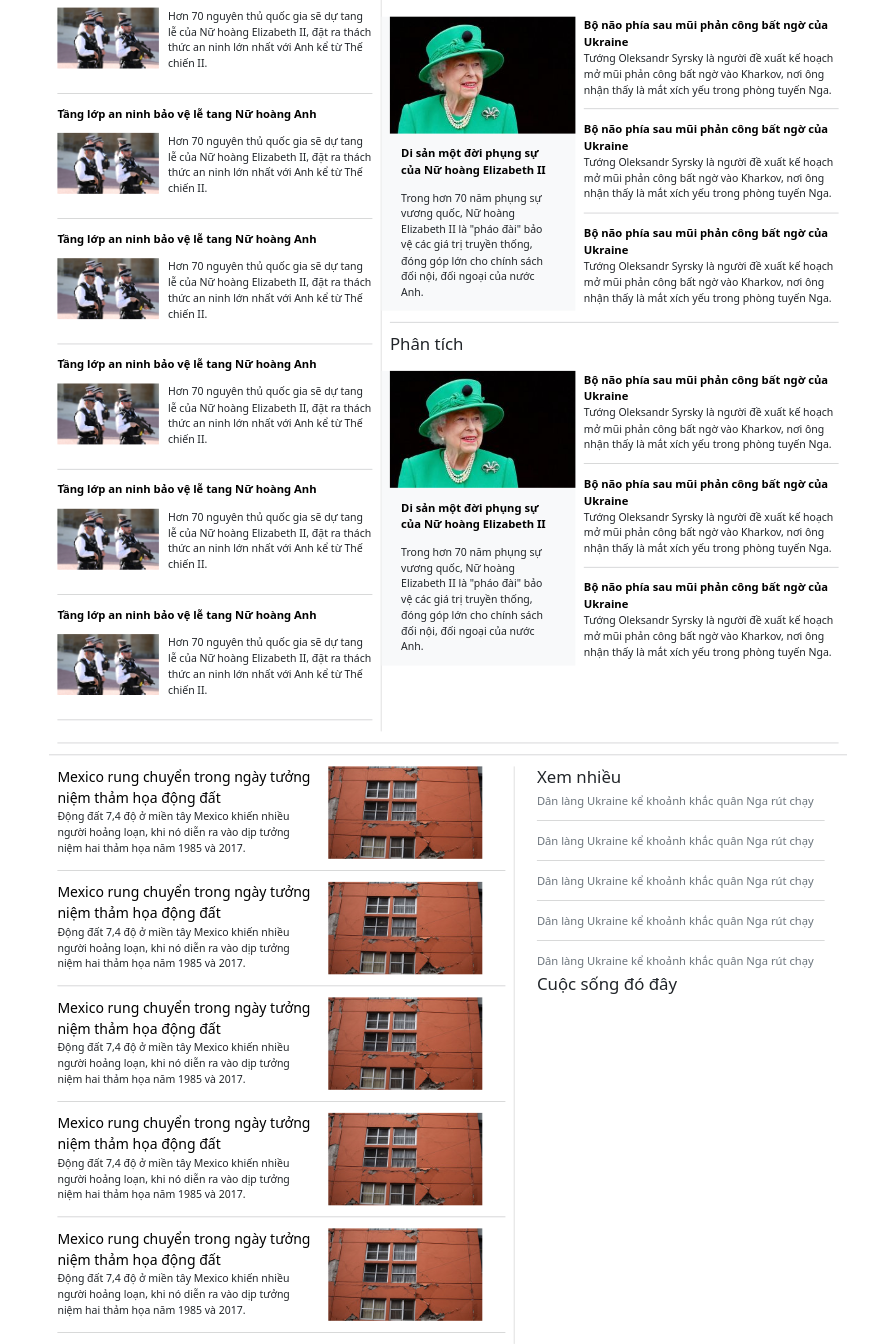
Repository: trongtamdev/lession1_html_sleepcloud
Page: vnExpress.html
The author's editor kept a copy of each file at every save. The page is drawn from the files as they stood at one save, then again after the next save.
The browser window is 1280 px wide. The pictures show the part of the page from y = 707 to 2627 px (the page is 2627 px tall), at 70% of full size.

Above is the page before, as saved 2022-09-20 15:31:09.

After the next save:
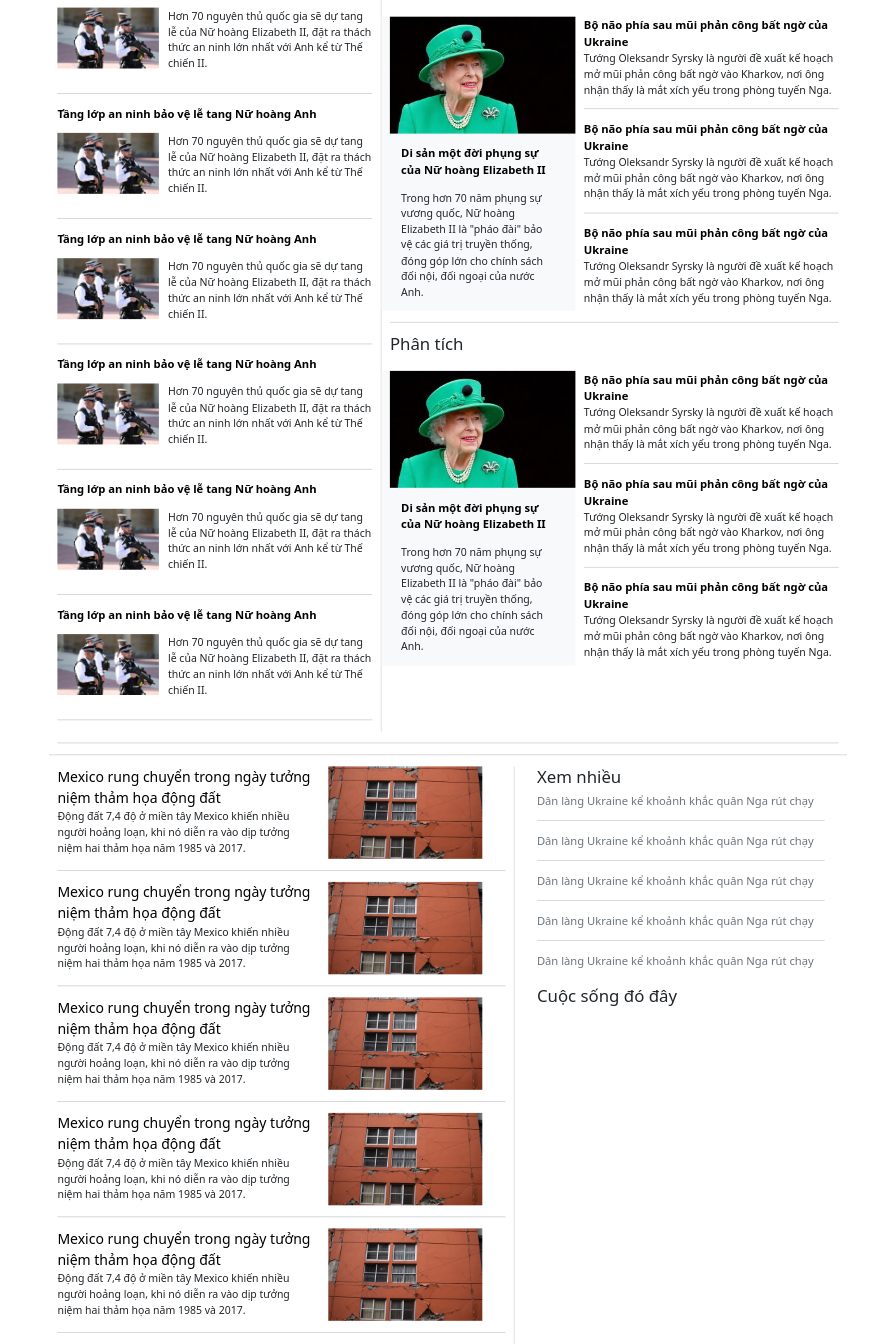
Saved 8 s later.
--- a/vnExpress.html
+++ b/vnExpress.html
@@ -493,7 +493,7 @@
               </div>
             </div>
 
-            <div class="">
+            <div class="mt-3">
               <h4>Cuộc sống đó đây</h4>
             </div>
           </div>
